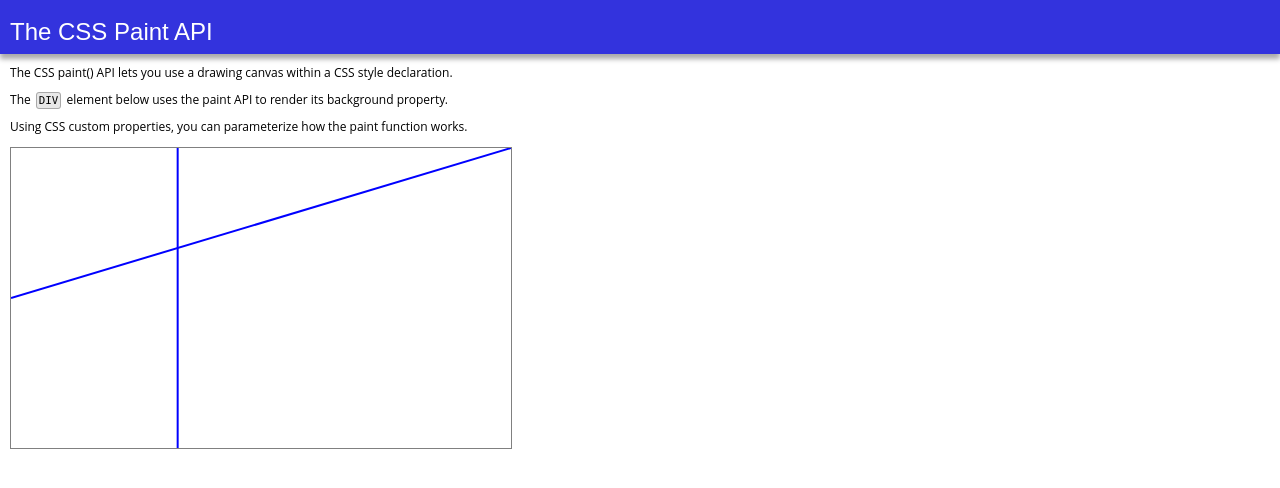
Repository: craig-o-curtis/browser-apis
Page: pages/csspaint.html
The author's editor kept a copy of each file at every save. The page is drawn from the files as they stood at one save, then again after the next save.
The browser window is 1280 px wide. The pictures show the whole page.

Above is the page before, as saved 2020-05-17 17:14:02.

### pages/csspaint.html
<!doctype html>
<html>
    <head>
        <title>The CSS paint API</title>
        <style type="text/css">
            #targetElem {
                width: 500px;
                height: 300px;
                border: 1px solid gray;

                /* Use the paint API to paint the background of the box */
                background-image: paint(samplepainter);
                /* Define some custom properties to use in the paint function */
                --cross-thickness: 2;
                --cross-color: blue;
            }
        </style>
        <link rel="stylesheet" href="./style.css" />
    </head>

    <body>
        <h1>The CSS Paint API</h1>
        <div id="content">
            <p>The CSS paint() API lets you use a drawing canvas within a CSS style declaration.</p>
            <p>The <code>DIV</code> element below uses the paint API to render its background property.</p>
            <p>Using CSS custom properties, you can parameterize how the paint function works.</p>
            <div id="targetElem"></div>
        </div>
        <script>
            window.addEventListener("load", function () {
                // use feature detection to see if paintWorklet is supported
                if ('paintWorklet' in CSS) {
                    console.log("paintWorklet supported")

                    // add the paint worklet to our page
                    CSS.paintWorklet.addModule("csspaint.js");
                }
                else {
                    console.log("paintWorklet not supported")
                }
            })
        </script>
    </body>
</html>

### pages/style.css
/*
** Styles used in the jQuery Essential Training course materials
*/
body {
    font-family: "Open Sans", sans-serif;
    font-size: 12px;
    margin: 0;
    line-height: 1.2em;
}

body > h1 {
    background-color: #33d;
    color: white;
    font-family: Arial, Helvetica, sans-serif;
    font-weight: 100;
    margin:0;
    padding-left: 10px;
    padding-right: 10px;
    padding-top:25px;
    padding-bottom: 15px;
    box-shadow: 0px 5px 5px 0px rgba(171,171,171,1);
}

#content {
    margin: 10px;
}

#example {
    border: 1px solid gray;
    background-color: #b3c8d0;
    font-size:14px;
    padding-left: 10px;
    padding-right: 10px;
    min-height: 200px;
}

.box {
    border: 1px solid gray;
    background-color: #b3c8d0;
    font-size:14px;
    padding-left: 10px;
    padding-right: 10px;
    min-height: 200px;
    width: 300px;
}

.box p {
    margin: 0 1px 0 2px
}

.smallbox {
    border: 1px solid gray;
    background-color: #b3c8d0;
    font-size:14px;
    padding-left: 10px;
    padding-right: 10px;
    margin-bottom: 10px;
    margin-right: 0;
    margin-left: 0;
    min-height: 150px;
    width: 200px;
}

.inline {
    display: inline-block;
}

code {
    background-color: #e8e8e8;
    border: 1px solid #a8a8a8;
    border-radius: 3px;
    padding: 1px 2px;
    margin: 2px;
    font-family: "source-code-pro", Consolas, monospace;
    font-size: .9em;
}

li {
    line-height: 1.3em;
}

button {
    font-size: 14px;
    margin: 8px;
}

#eventDetails {
    border: 1px solid #aaa;
    margin-top: 8px;
    padding: 2px;
}

.lineitem {
    width: 120px;
    display: inline-block
}


canvas {
    border: 2px solid gray;
    margin-left: 5px;
    margin-right: 5px;
}

### pages/csspaint.js
if (typeof registerPaint !== "undefined") {
  // define a class to implement the paint worklet
  class SampleCSSPaint {
    // declare the properties that the class has access to
    static get inputProperties() {
      return ["--cross-thickness", "--cross-color"];
    }

    paint(ctx, size, props) {
      // get the custom property values
      let width = props.get("--cross-thickness");
      let color = props.get("--cross-color").toString();

      ctx.lineWidth = width;
      ctx.strokeStyle = color;

      ctx.beginPath();
      ctx.moveTo(size.width/3, 0);
      ctx.lineTo(size.width/3, size.height);
    //   ctx.lineTo(size.width, size.height);
      ctx.stroke();

      ctx.beginPath();
      ctx.moveTo(size.width, 0);
      ctx.lineTo(0, size.height/2);
      ctx.stroke();
    }
  }

  // register the paint worklet for CSS
  registerPaint("samplepainter", SampleCSSPaint);
}

After the next save:
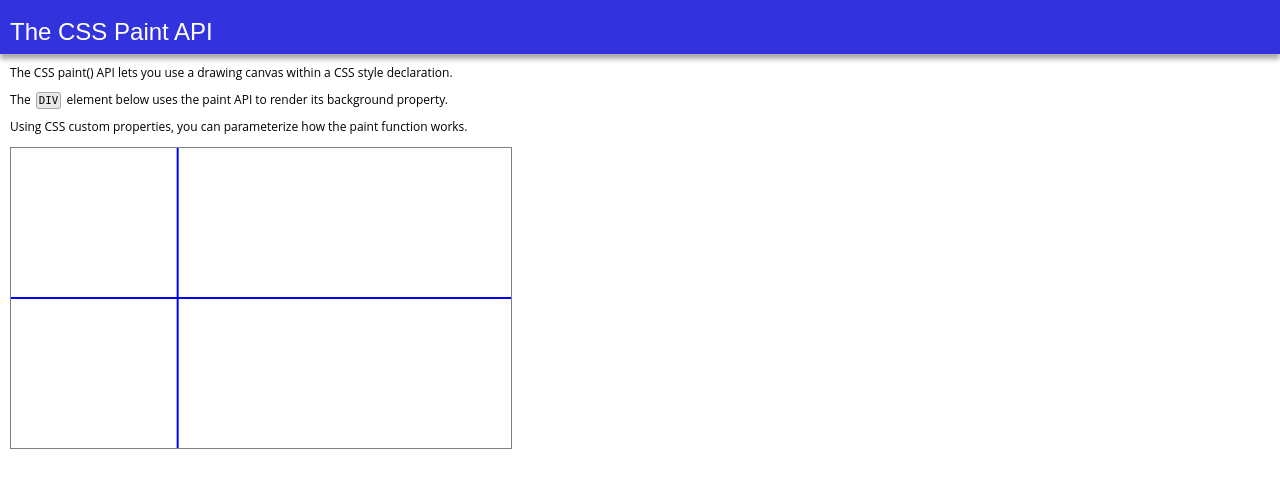
Saved 6 s later.
--- a/pages/csspaint.js
+++ b/pages/csspaint.js
@@ -21,7 +21,7 @@ if (typeof registerPaint !== "undefined") {
       ctx.stroke();
 
       ctx.beginPath();
-      ctx.moveTo(size.width, 0);
+      ctx.moveTo(size.width, size.height/2);
       ctx.lineTo(0, size.height/2);
       ctx.stroke();
     }
